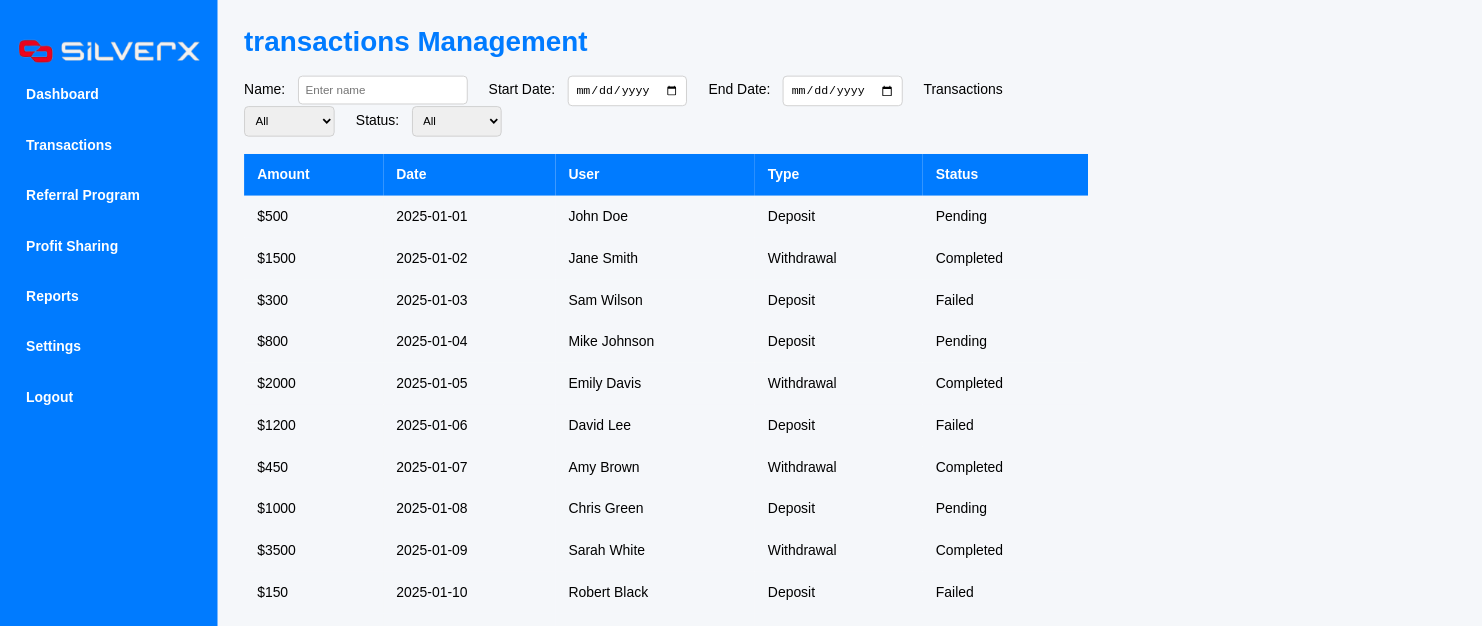
Repository: 2025silverx/slivedrX
Page: index2.html
The author's editor kept a copy of each file at every save. The page is drawn from the files as they stood at one save, then again after the next save.
The browser window is 1280 px wide. The page is 1280 px wide, then 1703 px, then 1280 px, so the pictures cover 1703 px, including what lies to the right of the window. The pictures show the whole page, at 87% of full size.
An inner scrolling area shows only its first screen.

Above is the page before, as saved 2025-01-21 22:15:03.
Console error: TypeError: Cannot read properties of null (reading 'addEventListener')

After the next save:
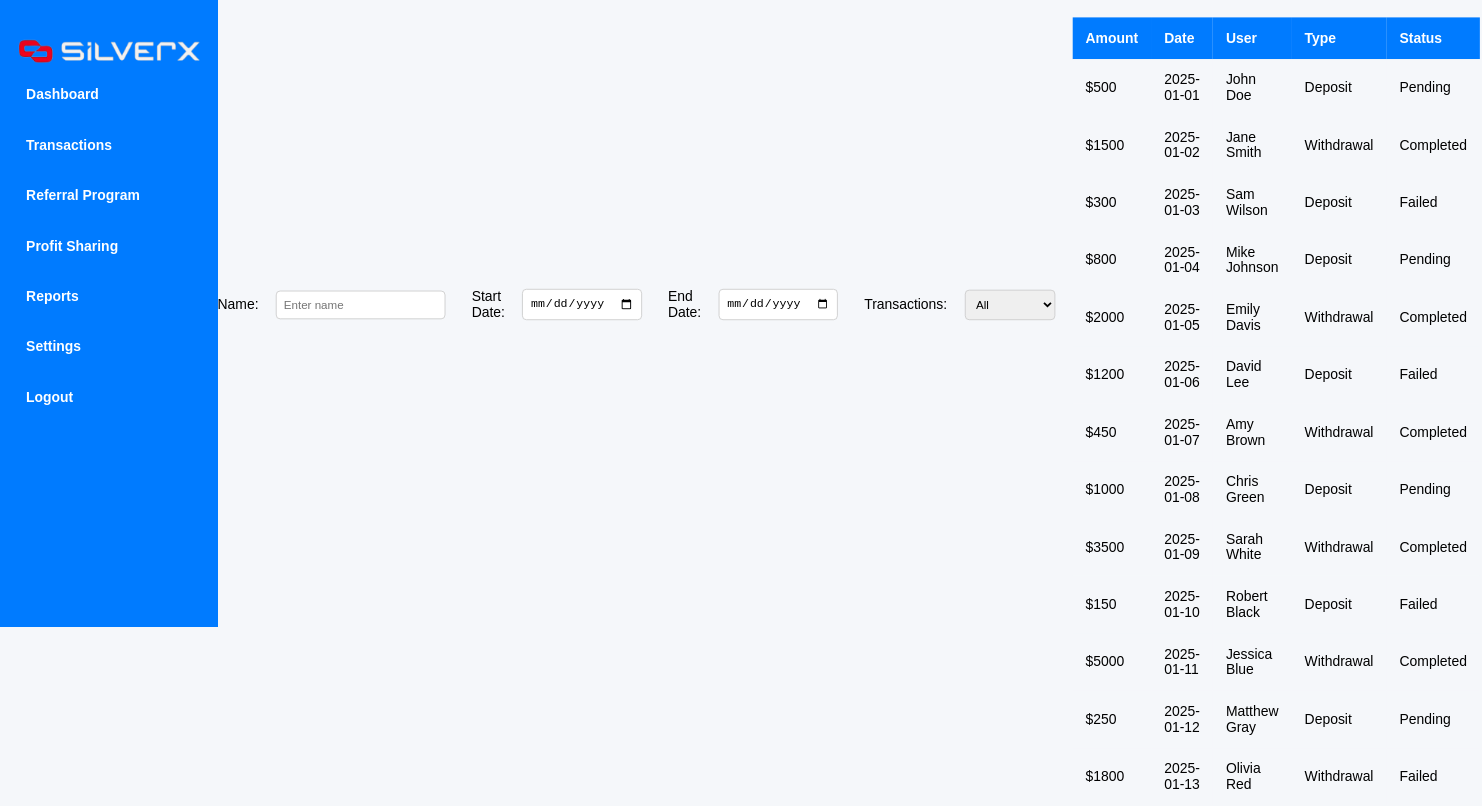
Saved 75 s later.
--- a/index2.html
+++ b/index2.html
@@ -21,33 +21,24 @@
             </ul>
         </div>
     </div>
-    <div class="main-content">
-        <h1>transactions Management</h1>
-        <div class="filters">
-            <label for="nameFilter">Name: </label>
-            <input type="text" id="nameFilter" placeholder="Enter name">
+    <div class="filters" style="display: flex; align-items: center; gap: 10px; flex-wrap: nowrap;">
+        <label for="nameFilter">Name:</label>
+        <input type="text" id="nameFilter" placeholder="Enter name">
 
-            <label for="startDateFilter">Start Date: </label>
-            <input type="date" id="startDateFilter">
+        <label for="startDateFilter">Start Date:</label>
+        <input type="date" id="startDateFilter">
 
-            <label for="endDateFilter">End Date: </label>
-            <input type="date" id="endDateFilter">
+        <label for="endDateFilter">End Date:</label>
+        <input type="date" id="endDateFilter">
 
-            <label for="typeFilter">Transactions </label>
-            <select id="typeFilter">
-                <option value="all">All</option>
-                <option value="deposit">Deposit</option>
-                <option value="withdrawal">Withdrawal</option>
-            </select>
+        <label for="typeFilter">Transactions:</label>
+        <select id="typeFilter">
+            <option value="all">All</option>
+            <option value="deposit">Deposit</option>
+            <option value="withdrawal">Withdrawal</option>
+        </select>
+    </div>
 
-            <label for="statusFilter">Status: </label>
-            <select id="statusFilter">
-                <option value="all">All</option>
-                <option value="pending">Pending</option>
-                <option value="completed">Completed</option>
-                <option value="failed">Failed</option>
-            </select>
-        </div>
 
         <table>
             <thead>

After the 2 saves that followed:
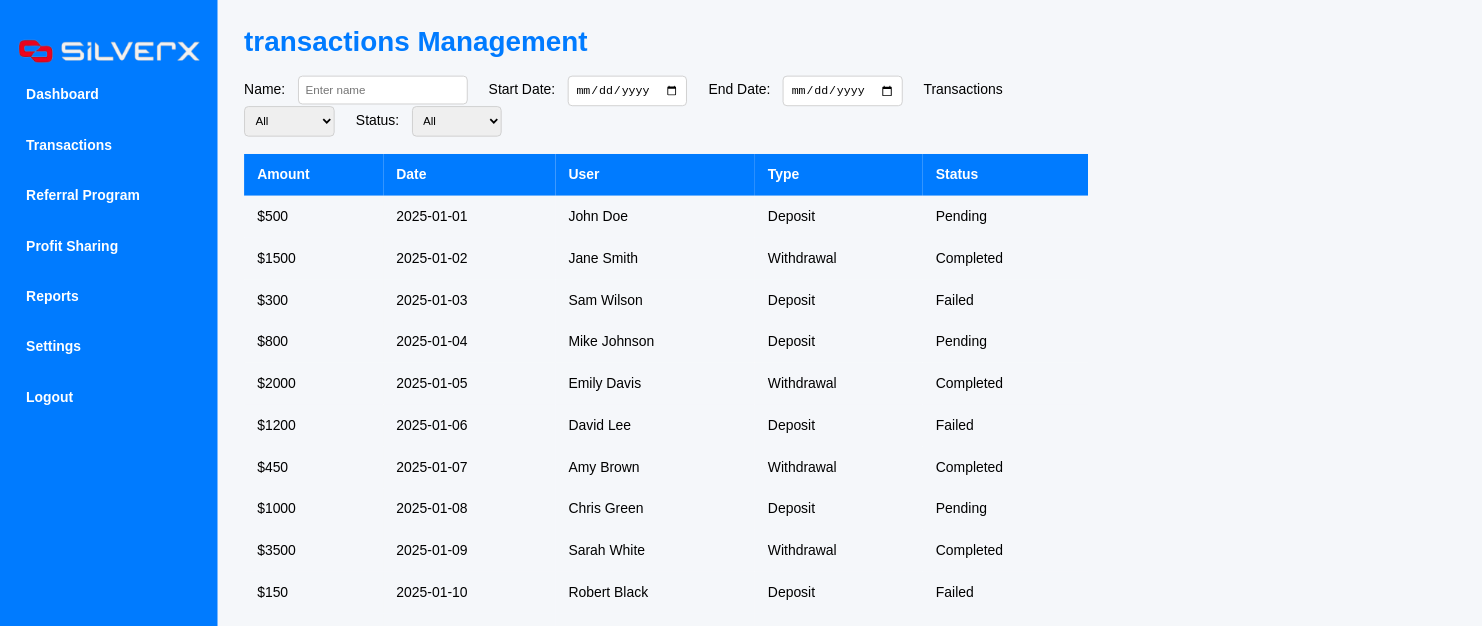
The 2 saves are shown as one change because they came seconds apart.
The last was saved 12 s later.
--- a/index2.html
+++ b/index2.html
@@ -21,24 +21,33 @@
             </ul>
         </div>
     </div>
-    <div class="filters" style="display: flex; align-items: center; gap: 10px; flex-wrap: nowrap;">
-        <label for="nameFilter">Name:</label>
-        <input type="text" id="nameFilter" placeholder="Enter name">
+    <div class="main-content">
+        <h1>transactions Management</h1>
+        <div class="filters">
+            <label for="nameFilter">Name: </label>
+            <input type="text" id="nameFilter" placeholder="Enter name">
 
-        <label for="startDateFilter">Start Date:</label>
-        <input type="date" id="startDateFilter">
+            <label for="startDateFilter">Start Date: </label>
+            <input type="date" id="startDateFilter">
 
-        <label for="endDateFilter">End Date:</label>
-        <input type="date" id="endDateFilter">
+            <label for="endDateFilter">End Date: </label>
+            <input type="date" id="endDateFilter">
 
-        <label for="typeFilter">Transactions:</label>
-        <select id="typeFilter">
-            <option value="all">All</option>
-            <option value="deposit">Deposit</option>
-            <option value="withdrawal">Withdrawal</option>
-        </select>
-    </div>
+            <label for="typeFilter">Transactions </label>
+            <select id="typeFilter">
+                <option value="all">All</option>
+                <option value="deposit">Deposit</option>
+                <option value="withdrawal">Withdrawal</option>
+            </select>
 
+            <label for="statusFilter">Status: </label>
+            <select id="statusFilter">
+                <option value="all">All</option>
+                <option value="pending">Pending</option>
+                <option value="completed">Completed</option>
+                <option value="failed">Failed</option>
+            </select>
+        </div>
 
         <table>
             <thead>
